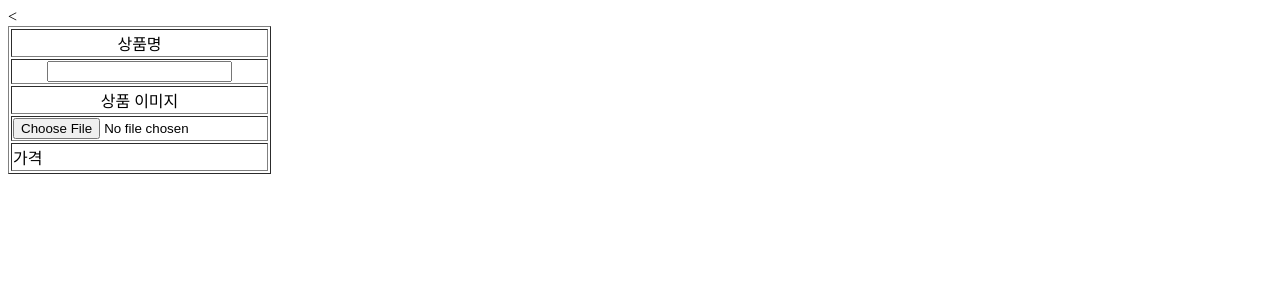
Repository: gunvv00/Java_practice
Page: html_work/html01/WebContent/goods.html
An editor plug-in stored every save of this project. The page is shown before and after the next save, followed by the edit.
The browser window is 1280 px wide. The pictures show the whole page.

Above is the page before, as saved 2020-01-02 07:27:45.

After the next save:
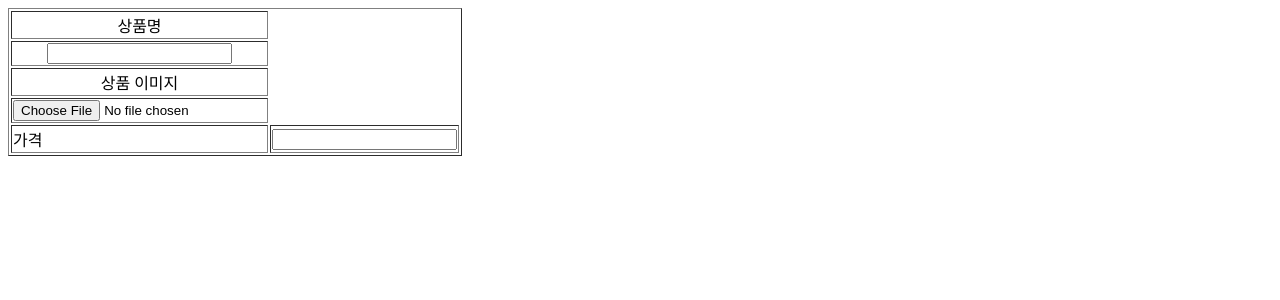
Saved 44 s later.
--- a/html_work/html01/WebContent/goods.html
+++ b/html_work/html01/WebContent/goods.html
@@ -21,7 +21,8 @@
 		</tr>
 		<tr>
 			<td>가격</td>
-			<
+			<td><input type = "price" name="" value = "" ></td>
+		</tr>
 
 
 </body>
